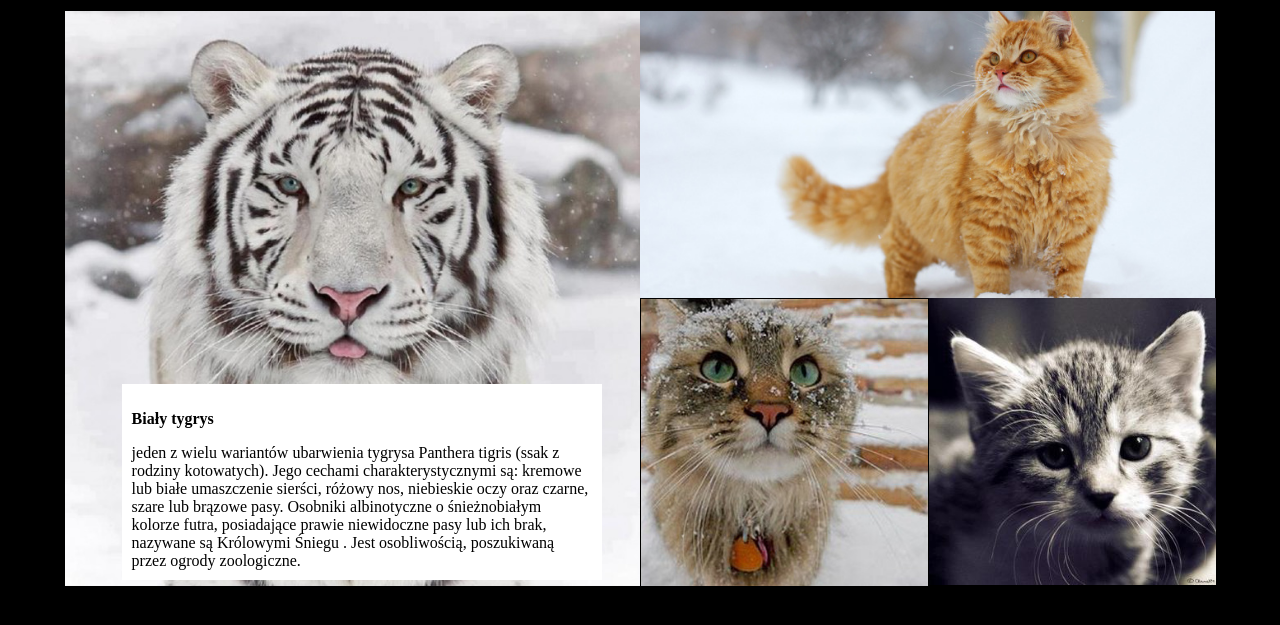
Repository: niebezsensu/Info-Folder
Page: index.html
The author's editor kept a record of every edit. The page is drawn from the files as they stood at one moment, then again after the next edit.
The browser window is 1280 px wide. The pictures show the whole page.
Pictures or frames that could not be fetched are drawn as grey boxes.

Above is the page before.

### index.html
<html>

<head>
    <meta charset="utf-8">
    <title>Multimedia - Quiz</title>
    <link rel="stylesheet" href="css/folder.css" type="text/css" />

</head>

<body>
    <script src="js/jquery-2.1.3.min.js"></script>
    <script src="js/folder.js"></script>
</body>
<div class="container visible">
    <div class="first-spot">
        <div class="box">

        </div>
        <div class="hidden-box">

        </div>
        <div class="content">
            <p><b>Biały tygrys</b></p>
            <span>jeden z wielu wariantów ubarwienia tygrysa Panthera tigris (ssak z rodziny kotowatych). Jego cechami charakterystycznymi są: kremowe lub białe umaszczenie sierści, różowy nos, niebieskie oczy oraz czarne, szare lub brązowe pasy. Osobniki albinotyczne o śnieżnobiałym kolorze futra, posiadające prawie niewidoczne pasy lub ich brak, nazywane są Królowymi Śniegu . Jest osobliwością, poszukiwaną przez ogrody zoologiczne.</span>
        </div>
    </div>
    <div class="second-spot">
        <div class="box">

        </div>
        <div class="hidden-box">

        </div>
        <div class="content">
            <p><b>Kot syberyjski</b></p>
            <span> rasa kota, zaliczana do ras półdługowłosych, pochodząca z Syberii. Zarejestrowana w FIFe dopiero w 1998 roku. Panuje przekonanie, że koty tej rasy nie uczulają ludzi tak jak koty innych ras, ponieważ ich ślina zawiera mniej białka fel d1.</span>
        </div>
    </div>
    <div class="third-spot">
        <div class="box">

        </div>
        <div class="hidden-box">

        </div>
        <div class="content">
            <p><b>Kotek</b></p>
            <span>Słodkie kociaki</span>
        </div>
    </div>
    <div class="fourth-spot">
        <div class="box">

        </div>
        <div class="hidden-box">

        </div>
        <div class="content">
            <p><b>Inne</b></p>
            <span>Pallas - kot chroniony</span>
        </div>
    </div>
    <div id="first-slider"></div>
    <div id="first-slider-content">
        <p><b>Biały tygrys</b></p>
        <span>W naturze tygrysy te żyją jedynie w subtropikalnych lasach Bengalu, w północno-wschodnich Indiach. Nie są one jednak innymi podgatunkami, lecz wariantami kolorystycznymi żyjącego tam podgatunku (Panthera tigris tigris). Rzadziej białe osobniki występują u tygrysa amurskiego (Panthera tigris altaica). Wszystkie białe koty trzymane w ogrodach zoologicznych pochodzą od jednego ojca o imieniu Mohman, którego schwytano w 1820 roku. Rodzicami białych tygrysów mogą być także dwa normalnie ubarwione koty. Jest to jednak możliwe tylko wtedy, jeśli co najmniej jeden[potrzebne źródło] z nich jest nosicielem upośledzonego genu, odpowiedzialnego za wytwarzanie odpowiedniej ilości melaniny.</span>
    </div>
    <div id="second-slider"></div>
    <div id="second-slider-content">
        <p><b>Kot syberyjski</b></p>
        <span>Kot syberyjski to przedstawiciel jednej z naturalnych ras półdługowłosych. Oznacza to, że jego ewolucja przebiegała bez udziału człowieka. Początki rasy datuje się na XVII w., choć niektóre źródła podają nawet XI w. Pochodzi z Syberii i dlatego jest jednym z najczęściej występujących kotów domowych w Rosji. Kot ten został upowszechniony poza Rosją stosunkowo niedawno, na Zachodzie dopiero po upadku ZSRR. </span>
    </div>
    <div id="third-slider"></div>
    <div id="third-slider-content">
        <p><b>Kotek</b></p>
        <span>Słodkie kociaki</span>
    </div>
    <div id="fourth-slider"></div>
    <div id="fourth-slider-content">
        <p><b>Inne koty</b></p>
        <span>Pallas - kot chroniony</span>
    </div>
    <audio id="audio1" src="/audio/mendelssohn_op25_lf_01_molt_etc.mp3"></audio>
    <audio id="audio2" src="/audio/Beethoven.mp3"></audio>
    <audio id="audio3" src="/audio/Mozart.mp3"></audio>
    <audio id="audio4" src="/audio/vivaldi.mp3"></audio>
</div>

</html>

### css/folder.css
html {
    background-color: black;
}

.container{
    width: 1400px;
    height: 700px;
    margin: 10px auto;
    background-color: grey;
    overflow:hidden;
    position: relative;
    cursor: pointer;
}

.first-spot{
    width: 50%;
    height: 100%;

    overflow:hidden;
    float: left;
    position:relative;
}
.first-spot .box{
    border: 1px solid black;
    display:none;
    position:absolute;
    left: 0px;
    width: 100%;
    height: 100%;
    background-image: url("/images/white-siberian.jpg");
    background-size: 100% 100%;
}

.first-spot .hidden-box{
    border: 1px solid black;
    position:absolute;
    left: 0px;
    width: 100%;
    height: 100%;
    background-image: url("/images/white-siberian.jpg");
    background-size: 100% 100%;
    opacity: 0.3;
}

.first-spot .content{
    display:none;
    position: absolute;
    width: 80%;
    bottom: 1%;
    left: 10%;
    background-color: white;
    padding: 10px;
}


.second-spot{
    width: 50%;
    height: 50%;

    float: right;

    overflow:hidden;
    position:relative;
}

.second-spot .box{
    position:absolute;
    right: 0px;
    width: 100%;
    height: 100%;
    background-image: url("/images/red-siberian.jpg");
    background-size: 100% 100%;
    border: 1px solid black;
}

.second-spot .hidden-box{
    position:absolute;
    right: 0px;
    width: 100%;
    height: 100%;
    background-image: url("/images/red-siberian.jpg");
    background-size: 100% 100%;
    border: 1px solid black;
    opacity: 0.3;
}

.second-spot .content{
    display:none;
    position: absolute;
    width: 32%;
    top: 2%;
    left: 1%;
    background-color: white;
    padding: 10px;
}

.third-spot{
    width: 25%;
    height: 50%;

    float: right;

    overflow:hidden;
    position:relative;

}

.third-spot .box{
    border: 1px solid black;
    display:none;
    position:absolute;
    bottom: 0px;
    width: 100%;
    height: 100%;
    background-image: url("/images/small-cat.jpeg");
    background-size: 100% 100%;
}

.third-spot .hidden-box{
    border: 1px solid black;
    position:absolute;
    bottom: 0px;
    width: 100%;
    height: 100%;
    background-image: url("/images/small-cat.jpeg");
    background-size: 100% 100%;
    opacity: 0.3;
}

.third-spot .content{
    position: absolute;
    width: 19%;
    bottom: 3%;
    left: 3%;
    background-color: white;
    padding: 10px;
    display:none;
}


.fourth-spot{
    width: 25%;
    height: 50%;

    float: right;

    overflow:hidden;
    position:relative;
}

.fourth-spot .box{

    position:absolute;
    left: 0px;
    width: 100%;
    height: 100%;
    background-image: url("/images/snow-cat.jpg");
    background-size: 100% 100%;
    border: 1px solid black;
}

.fourth-spot .hidden-box{
    position:absolute;
    left: 0px;
    width: 100%;
    height: 100%;
    background-image: url("/images/snow-cat.jpg");
    background-size: 100% 100%;
    border: 1px solid black;
    opacity: 0.3;
}

.fourth-spot .content{

    position: absolute;
    width: 88%;
    bottom: 1%;
    left: 2%;
    background-color: white;
    padding: 10px;
    display:none;
}

.hidden div{
    opacity: 0.5;
}

#first-slider{
    right: 0px;
    display:none;
    position: absolute;
    width: 100%;
    height: 100%;
    background-image: url("/images/tigers.jpg");
    background-size: 100% 100%;
}
#first-slider-content{
    top: 70%;
    right: 0px;
    display:none;
    position: absolute;
    width: 100%;
    height: 150px;
    background-color: white;
}
#second-slider{
    right: 0px;
    display:none;
    position: absolute;
    width: 100%;
    height: 100%;
    background-image: url("/images/siberians.jpg");
    background-size: 100% 100%;
}
#second-slider-content{
    top: 70%;
    right: 0px;
    display:none;
    position: absolute;
    width: 100%;
    height: 115px;
    background-color: white;
}
#third-slider{
    right: 0px;
    display:none;
    position: absolute;
    width: 100%;
    height: 100%;
    background-image: url("/images/kittens.jpg");
    background-size: 100% 100%;
}
#third-slider-content{
    top: 70%;
    right: 0px;
    display:none;
    position: absolute;
    width: 100%;
    height: 100px;
    background-color: white;
}
#fourth-slider{
    right: 0px;
    display:none;
    position: absolute;
    width: 100%;
    height: 100%;
    background-image: url("/images/Pallas_cat.JPG");
    background-size: 100% 100%;
}
#fourth-slider-content{
    top: 70%;
    right: 0px;
    display:none;
    position: absolute;
    width: 100%;
    height: 100px;
    background-color: white;
}

### js/folder.js
$(document).ready(function() {

    $(window).on('resize', function() {
        var pageHeight = $(window).height();
        var pageWidth = $(window).width();
        if (pageWidth > 2000) {
            pageWidth = 2000;
        }
        $('.container').css('width', pageWidth * 9 / 10)
        $('.container').css('height', (pageWidth / 2) * 9 / 10)
    });
    var pageHeight = $(window).height();
    var pageWidth = $(window).width();
    if (pageWidth > 2000) {
        pageWidth = 2000;
    }
    $('.container').css('width', pageWidth * 9 / 10)
    $('.container').css('height', (pageWidth / 2) * 9 / 10)


    var sliderRight = $('.container').width();
    $('#first-slider').css('right', sliderRight);
    $('#first-slider').show();
    $('#first-slider-content').css('right', sliderRight);
    $('#second-slider').css('right', sliderRight);
    $('#second-slider').show();
    $('#second-slider-content').css('right', sliderRight);
    $('#third-slider').css('right', sliderRight);
    $('#third-slider').show();
    $('#third-slider-content').css('right', sliderRight);
    $('#fourth-slider').css('right', sliderRight);
    $('#fourth-slider').show();
    $('#fourth-slider-content').css('right', sliderRight);

    var firstSpotBoxRight = $(".first-spot").width();
    $(".first-spot .box").css('left', firstSpotBoxRight);
    $(".first-spot .box").show();
    $(".first-spot .box").animate({
        left: 0
    }, 200, "linear", function() {});

    $('.first-spot .content').toggle(1000);

    var secondSpotBoxTop = $(".second-spot").width();
    $(".second-spot .box").css('right', secondSpotBoxTop);
    $(".second-spot .box").show();
    $(".second-spot .box").animate({
        right: 0
    }, 200, "linear", function() {});

    $('.second-spot .content').toggle(1000);

    var thirdSpotBoxTop = $(".third-spot").width();
    $(".third-spot .box").css('bottom', thirdSpotBoxTop);
    $(".third-spot .box").show();
    $(".third-spot .box").animate({
        bottom: 0
    }, 200, "linear", function() {});

    $('.second-spot .content').toggle(1000);

    var fourthSpotBoxTop = $(".fourth-spot").width();
    $(".fourth-spot .box").css('left', fourthSpotBoxTop);
    $(".fourth-spot .box").show();
    $(".fourth-spot .box").animate({
        left: 0
    }, 200, "linear", function() {});





    $(".first-spot").on('click', function() {
        $("#first-slider").animate({
            right: 0
        }, 500, "linear", function() {
            $(".first-spot .box").css('left', firstSpotBoxRight);
            $(".second-spot .box").css('right', secondSpotBoxTop);
            $(".third-spot .box").css('bottom', thirdSpotBoxTop);
            $(".fourth-spot .box").css('left', fourthSpotBoxTop);
            $('.first-spot .content').toggle(300);
            $('.second-spot .content').toggle(300);
            $('.third-spot .content').toggle(300);
            $('.fourth-spot .content').toggle(300);

            $('#audio1').get(0).play();
        });

        $('#first-slider-content').show();
        $('#first-slider-content').animate({
            right: 0
        }, 1000, "linear", function() {
        });
    });

    $(".second-spot").on('click', function() {
        $("#second-slider").animate({
            right: 0
        }, 500, "linear", function() {
            $(".first-spot .box").css('left', firstSpotBoxRight);
            $(".second-spot .box").css('right', secondSpotBoxTop);
            $(".third-spot .box").css('bottom', thirdSpotBoxTop);
            $(".fourth-spot .box").css('left', fourthSpotBoxTop);
            $('.first-spot .content').toggle(300);
            $('.second-spot .content').toggle(300);
            $('.third-spot .content').toggle(300);
            $('.fourth-spot .content').toggle(300);

            $('#audio3').get(0).play();
        });

        $('#second-slider-content').show();
        $('#second-slider-content').animate({
            right: 0
        }, 1000, "linear", function() {
        });
    });

    $(".third-spot").on('click', function() {
        $("#third-slider").animate({
            right: 0
        }, 500, "linear", function() {
            $(".first-spot .box").css('left', firstSpotBoxRight);
            $(".second-spot .box").css('right', secondSpotBoxTop);
            $(".third-spot .box").css('bottom', thirdSpotBoxTop);
            $(".fourth-spot .box").css('left', fourthSpotBoxTop);
            $('.first-spot .content').toggle(300);
            $('.second-spot .content').toggle(300);
            $('.third-spot .content').toggle(300);
            $('.fourth-spot .content').toggle(300);

            $('#audio4').get(0).play();
        });

        $('#third-slider-content').show();
        $('#third-slider-content').animate({
            right: 0
        }, 1000, "linear", function() {
        });
    });

    $(".fourth-spot").on('click', function() {
        $("#fourth-slider").animate({
            right: 0
        }, 500, "linear", function() {
            $(".first-spot .box").css('left', firstSpotBoxRight);
            $(".second-spot .box").css('right', secondSpotBoxTop);
            $(".third-spot .box").css('bottom', thirdSpotBoxTop);
            $(".fourth-spot .box").css('left', fourthSpotBoxTop);
            $('.first-spot .content').toggle(300);
            $('.second-spot .content').toggle(300);
            $('.third-spot .content').toggle(300);
            $('.fourth-spot .content').toggle(300);

            $('#audio2').get(0).play();
        });

        $('#fourth-slider-content').show();
        $('#fourth-slider-content').animate({
            right: 0
        }, 1000, "linear", function() {
        });
    });


    $("#first-slider").on('click', function() {
        $('#first-slider').css('right', sliderRight);
        $('#first-slider-content').css('right', sliderRight);
        $('#first-slider-content').hide();

        $(".first-spot .box").animate({
            left: 0
        }, 200, "linear", function() {});
        $(".second-spot .box").animate({
            right: 0
        }, 200, "linear", function() {});
        $(".third-spot .box").animate({
            bottom: 0
        }, 200, "linear", function() {});
        $(".fourth-spot .box").animate({
            left: 0
        }, 200, "linear", function() {});

        $('.first-spot .content').toggle(300);
        $('.second-spot .content').toggle(300);
        $('.third-spot .content').toggle(300);
        $('.fourth-spot .content').toggle(300);

        $('#audio1').get(0).pause();
        $('#audio1').get(0).currentTime = 0;
    });

    $("#second-slider").on('click', function() {
        $('#second-slider').css('right', sliderRight);
        $('#second-slider-content').css('right', sliderRight);
        $('#second-slider-content').hide();

        $(".first-spot .box").animate({
            left: 0
        }, 200, "linear", function() {});
        $(".second-spot .box").animate({
            right: 0
        }, 200, "linear", function() {});
        $(".third-spot .box").animate({
            bottom: 0
        }, 200, "linear", function() {});
        $(".fourth-spot .box").animate({
            left: 0
        }, 200, "linear", function() {});

        $('.first-spot .content').toggle(300);
        $('.second-spot .content').toggle(300);
        $('.third-spot .content').toggle(300);
        $('.fourth-spot .content').toggle(300);

        $('#audio3').get(0).pause();
        $('#audio3').get(0).currentTime = 0;
    });

    $("#third-slider").on('click', function() {
        $('#third-slider').css('right', sliderRight);
        $('#third-slider-content').css('right', sliderRight);
        $('#third-slider-content').hide();


        $(".first-spot .box").animate({
            left: 0
        }, 200, "linear", function() {});
        $(".second-spot .box").animate({
            right: 0
        }, 200, "linear", function() {});
        $(".third-spot .box").animate({
            bottom: 0
        }, 200, "linear", function() {});
        $(".fourth-spot .box").animate({
            left: 0
        }, 200, "linear", function() {});

        $('.first-spot .content').toggle(300);
        $('.second-spot .content').toggle(300);
        $('.third-spot .content').toggle(300);
        $('.fourth-spot .content').toggle(300);

        $('#audio4').get(0).pause();
        $('#audio4').get(0).currentTime = 0;
    });

    $("#fourth-slider").on('click', function() {
        $('#fourth-slider').css('right', sliderRight);
        $('#fourth-slider-content').css('right', sliderRight);
        $('#fourth-slider-content').hide();


        $(".first-spot .box").animate({
            left: 0
        }, 200, "linear", function() {});
        $(".second-spot .box").animate({
            right: 0
        }, 200, "linear", function() {});
        $(".third-spot .box").animate({
            bottom: 0
        }, 200, "linear", function() {});
        $(".fourth-spot .box").animate({
            left: 0
        }, 200, "linear", function() {});

        $('.first-spot .content').toggle(300);
        $('.second-spot .content').toggle(300);
        $('.third-spot .content').toggle(300);
        $('.fourth-spot .content').toggle(300);

        $('#audio2').get(0).pause();
        $('#audio2').get(0).currentTime = 0;
    });
});

Loaded but not shown: js/jquery-2.1.3.min.js (library)

After the next edit:
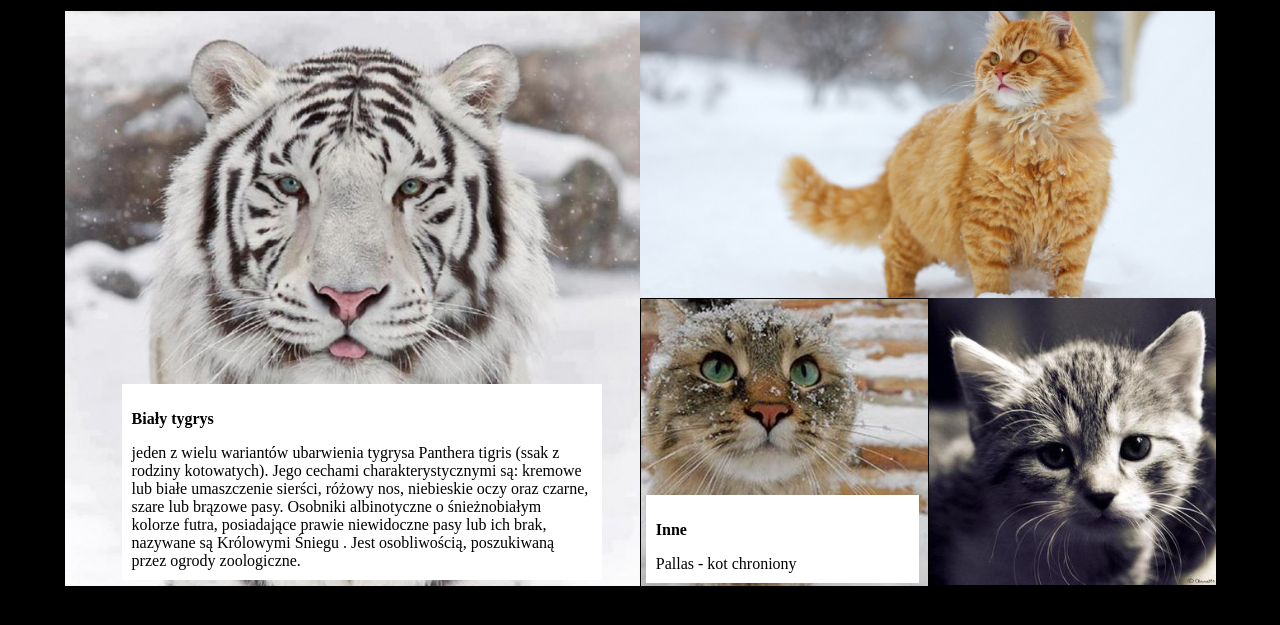
The edit:
--- a/js/folder.js
+++ b/js/folder.js
@@ -66,7 +66,7 @@
         left: 0
     }, 200, "linear", function() {});
 
-
+    $('.fourth-spot .content').toggle(1000);
 
 
 
